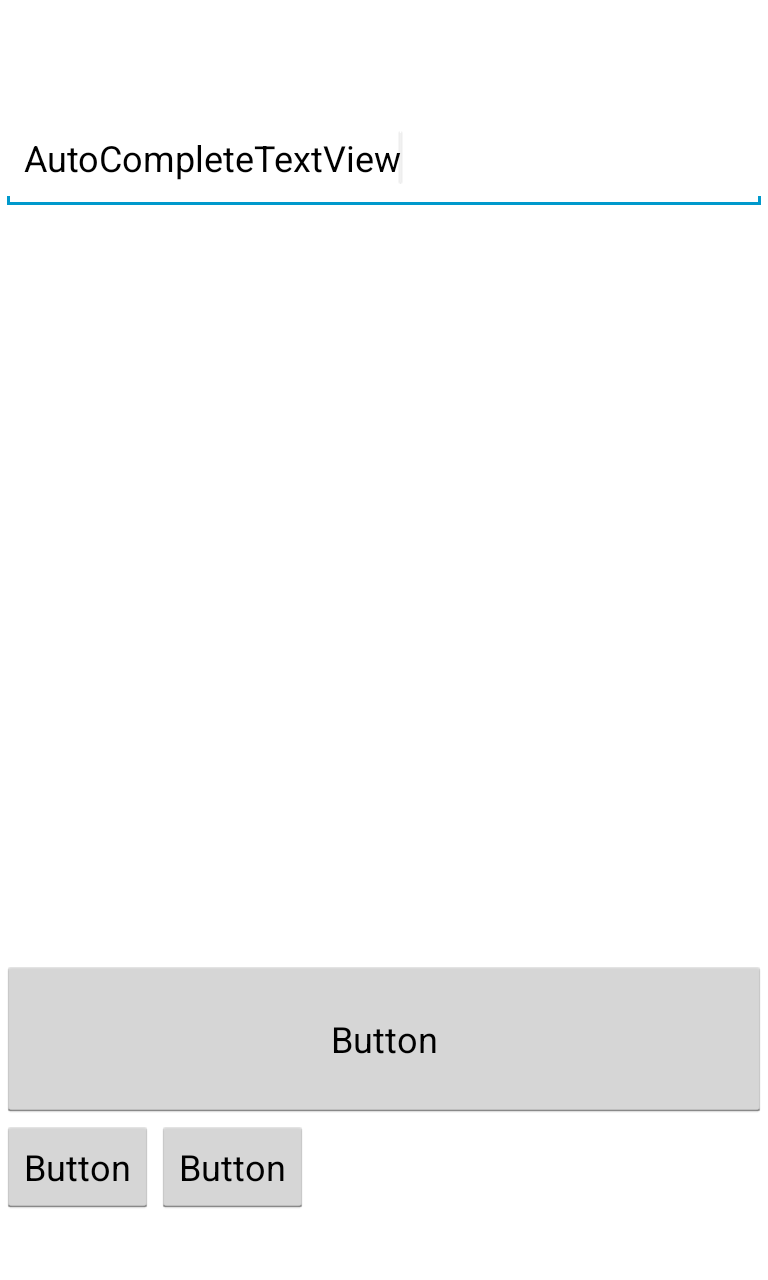
Repository: thinhnk55/android-appshare
Layout: ShareApp/res/layout/activity_main.xml
An editor plug-in stored every save of this project. The layout is shown before and after the next save, followed by the edit.
It is drawn on a 768 x 1280 px phone screen (xhdpi) without system bars, with theme AppTheme; the app's code is not run.

Above is the layout before, as saved 2014-07-02 16:35:22.

### ShareApp/res/layout/activity_main.xml
<RelativeLayout xmlns:android="http://schemas.android.com/apk/res/android"
    xmlns:tools="http://schemas.android.com/tools"
    android:layout_width="match_parent"
    android:layout_height="match_parent"
    tools:context=".MainActivity">

    <TabHost
        android:id="@android:id/tabhost"
        android:layout_width="match_parent"
        android:layout_height="match_parent"
        android:layout_alignParentLeft="true"
        android:layout_alignParentTop="true">

        <LinearLayout
            android:layout_width="match_parent"
            android:layout_height="match_parent"
            android:orientation="vertical"
            android:weightSum="120" >

            <TabWidget
                android:id="@android:id/tabs"
                android:layout_width="match_parent"
                android:layout_weight="10">
            </TabWidget>

            <AutoCompleteTextView
                android:id="@+id/autoCompleteTextView1"
                android:layout_width="match_parent"
                android:ems="10"
                android:text="AutoCompleteTextView"
                android:layout_weight="10" >

                <requestFocus />
            </AutoCompleteTextView>

            <FrameLayout
                android:id="@android:id/tabcontent"
                android:layout_width="match_parent"
                android:layout_weight="20">

                <LinearLayout
                    android:id="@+id/tab1"
                    android:layout_width="match_parent"
                    android:layout_height="match_parent" >
                </LinearLayout>

                <LinearLayout
                    android:id="@+id/tab2"
                    android:layout_width="match_parent"
                    android:layout_height="match_parent" >
                </LinearLayout>

                <LinearLayout
                    android:id="@+id/tab3"
                    android:layout_width="match_parent"
                    android:layout_height="match_parent" >
                </LinearLayout>
            </FrameLayout>

            <FrameLayout
                android:layout_width="match_parent"
                android:layout_weight="50" >
            </FrameLayout>

            <Button
                android:id="@+id/button1"
                android:layout_width="match_parent"
                android:layout_weight="15"
                android:text="Button" />

            <LinearLayout
                android:layout_width="match_parent"
                android:layout_weight="15"
                android:weightSum="20">

                <Button
                    android:id="@+id/button2"
                    android:layout_width="wrap_content"
                    android:layout_height="wrap_content"
                    android:text="Button" />

                <Button
                    android:id="@+id/button3"
                    android:layout_width="wrap_content"
                    android:layout_height="wrap_content"
                    android:text="Button" />

            </LinearLayout>

        </LinearLayout>
    </TabHost>

</RelativeLayout>

Loaded but not shown: ShareApp/res/values/styles.xml (common file); ShareApp/res/values-v11/styles.xml (common file); ShareApp/res/values-v14/styles.xml (common file)

After the next save:
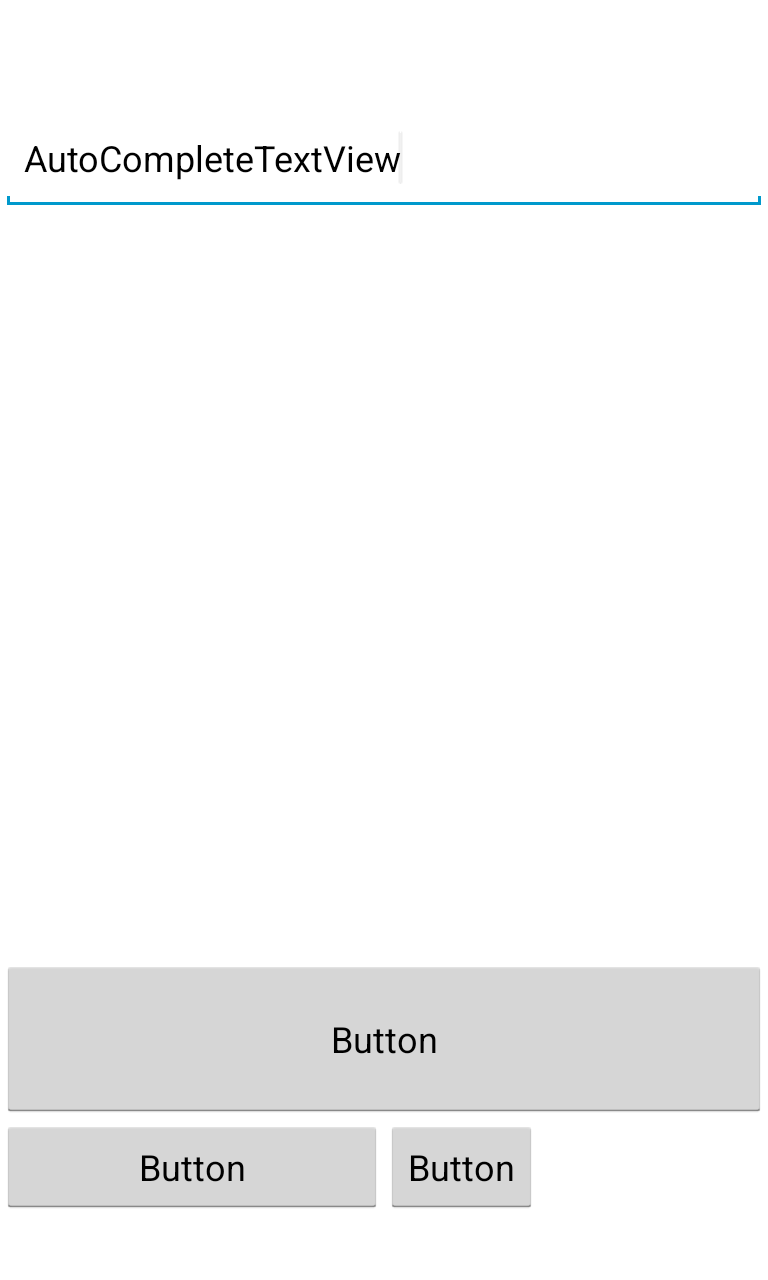
Saved 5 s later.
--- a/ShareApp/res/layout/activity_main.xml
+++ b/ShareApp/res/layout/activity_main.xml
@@ -77,6 +77,7 @@
                     android:id="@+id/button2"
                     android:layout_width="wrap_content"
                     android:layout_height="wrap_content"
+                    android:layout_weight="10"
                     android:text="Button" />
 
                 <Button
